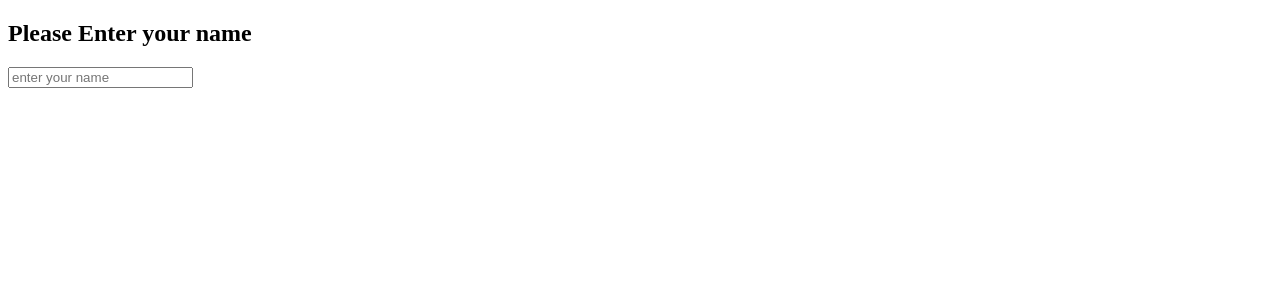
Repository: Ravikumar7210/Web_workspace
Page: DevDSA_apnacollege/JS_Practice/DOM/A3/index.html
These files come from the project's save history. The page is drawn as it stood at one moment and after the next save; the edit follows.
The browser window is 1280 px wide. The pictures show the whole page.

Above is the page before, as saved 2025-03-06 19:31:18.

After the next save:
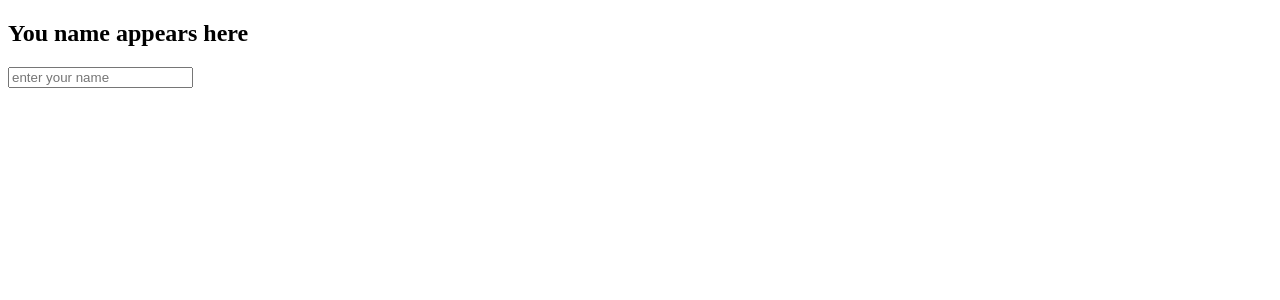
Saved 3 min 22 s later.
--- a/DevDSA_apnacollege/JS_Practice/DOM/A3/script.js
+++ b/DevDSA_apnacollege/JS_Practice/DOM/A3/script.js
@@ -1,9 +1,13 @@
 let heading = document.createElement('h2');
 let inpt = document.createElement('input');
 
-heading.innerHTML = 'Please Enter your name';
+heading.textContent = 'You name appears here';
 
 inpt.setAttribute('placeholder', "enter your name");
 
 document.querySelector('body').append(heading);
 document.querySelector('body').append(inpt);
+
+inpt.addEventListener('input', function (){
+
+});
